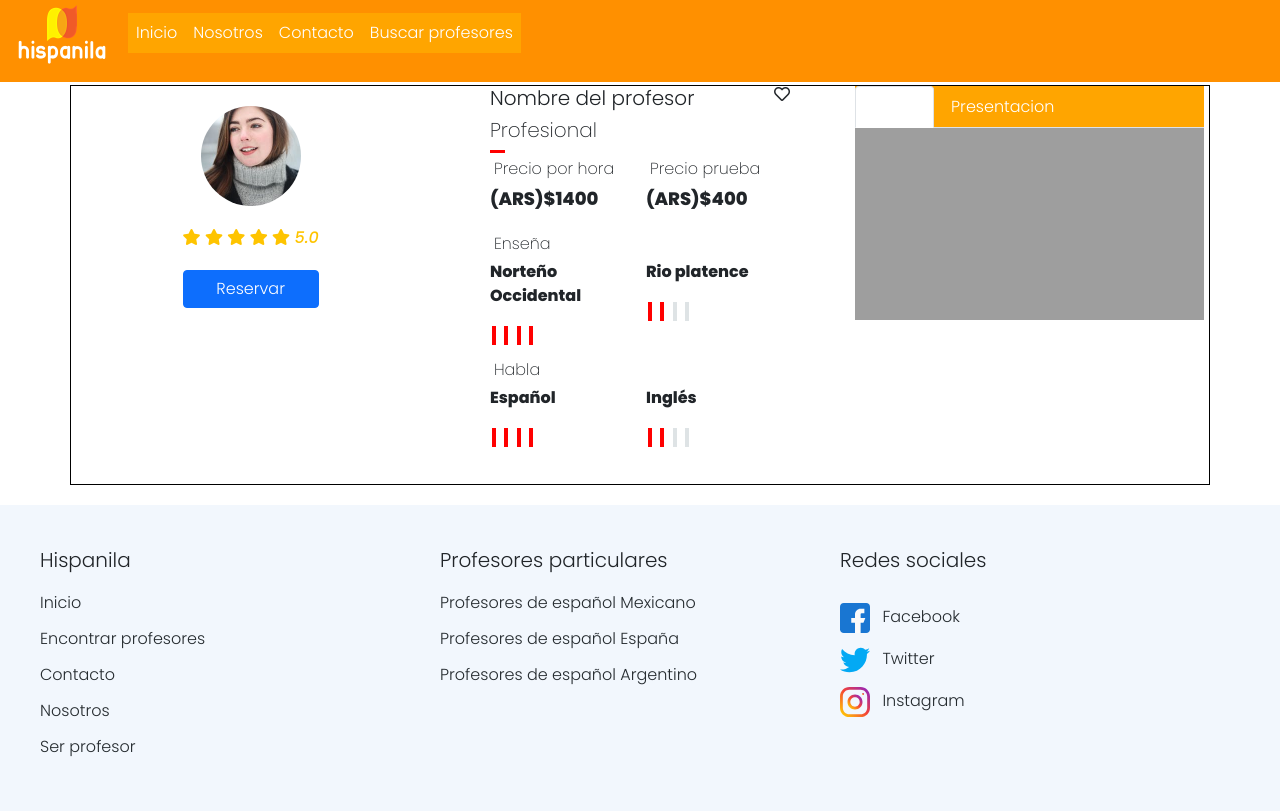
Repository: AgustinGarciaDev/Hispanila
Page: prueba.html
The author's editor kept a copy of each file at every save. The page is drawn from the files as they stood at one save, then again after the next save.
The browser window is 1280 px wide. The pictures show the whole page.
Pictures or frames that could not be fetched are drawn as grey boxes. Some web libraries are served in a nearby version. The style sheet was rebuilt from its Sass, Less or Tailwind sources for each picture, by a compiler version that may differ from the author's.

Above is the page before, as saved 2021-01-29 00:49:55.

### prueba.html
<!DOCTYPE html>
<html lang="en">

<head>

    <head>
        <meta charset="UTF-8">
        <title>Buscar profesor</title>
        <meta name="viewport" content="width=device-width, user-scalable=no">
        <meta name="description" content="Busca el profesor de español que más se adecue a lo que quieres aprender. Busca por precio,variante del español y mucho más">
        <meta name="keywords" content="profesor español, buscar profesor, español , aprender con profesionales">

        <link rel="stylesheet" href="https://cdnjs.cloudflare.com/ajax/libs/animate.css/4.1.1/animate.min.css" />
        <link rel="stylesheet" href="https://use.fontawesome.com/releases/v5.8.1/css/all.css" integrity="sha384-50oBUHEmvpQ+1lW4y57PTFmhCaXp0ML5d60M1M7uH2+nqUivzIebhndOJK28anvf" crossorigin="anonymous">
        <link rel="preconnect" href="https://fonts.gstatic.com">
        <link rel="preconnect" href="https://fonts.gstatic.com">
        <link href="https://fonts.googleapis.com/css2?family=Poppins:ital,wght@0,200;0,300;0,800;0,900;1,200;1,500&display=swap" rel="stylesheet">
        <link href="https://cdn.jsdelivr.net/npm/bootstrap@5.0.0-beta1/dist/css/bootstrap.min.css" rel="stylesheet" integrity="sha384-giJF6kkoqNQ00vy+HMDP7azOuL0xtbfIcaT9wjKHr8RbDVddVHyTfAAsrekwKmP1" crossorigin="anonymous">
        <link rel="stylesheet" href="./css/style.css">
        <link rel="stylesheet" href="stylemod.css">
    </head>
</head>

<body class="search-teacher">
    <header>
        <nav class="navbar navbar-expand-lg navbar-light bg-light nav-color">
            <div class="container-fluid">
                <a class="navbar-brand" href="./index.html"><img class="logo" src="./img/Hispanila_opt.png" alt=""></a>
                <button class="navbar-toggler" type="button" data-bs-toggle="collapse" data-bs-target="#navbarSupportedContent" aria-controls="navbarSupportedContent" aria-expanded="false" aria-label="Toggle navigation">
            <span class="navbar-toggler-icon"></span>
          </button>
                <div class="collapse navbar-collapse" id="navbarSupportedContent">
                    <ul class="navbar-nav me-auto mb-2 mb-lg-0">
                        <li class="nav-item">
                            <a class="nav-link active" aria-current="page" href="./index.html">Inicio</a>
                        </li>
                        <li class="nav-item">
                            <a class="nav-link" href="./we.html">Nosotros</a>
                        </li>
                        <li class="nav-item">
                            <a class="nav-link" href="./contact.html">Contacto</a>
                        </li>
                        <li class="nav-item">
                            <a class="nav-link" href="./searchteacer.html">Buscar profesores</a>
                        </li>
                    </ul>
                </div>
            </div>
        </nav>
    </header>
    <section class="teacher__layout">
        <div class="teacher__card">
            <div class="teacher__card__content">
                <div class="teacher">
                    <div class="teacher-date">
                        <img src="./img/teacher/teacher-women.jpg" alt="">
                        <div class="score-teacher">
                            <i class="fas fa-star"></i>
                            <i class="fas fa-star"></i>
                            <i class="fas fa-star"></i>
                            <i class="fas fa-star"></i>
                            <i class="fas fa-star"></i>
                            <i>5.0</i>
                        </div>
                        <a class="btn btn-primary" href="./profile.html" role="button">Reservar</a>
                    </div>
                </div>
            </div>
            <div class="teacher__card__content">

                <div class="teacher-information">
                    <span class="teacher-date-personal">
                        <h1>Nombre del profesor</h1>
                        <i class="far fa-heart"></i>
                  </span>
                    <span class="teacher-posicion">
                        <h4>Profesional</h4>
                        <div class="teacher-divider-card"></div>
                     </span>
                    <div class="">
                        <div class="row">
                            <div class="col-sm">
                                <span class="title-teacher"> <p>Precio por hora</p></span>
                                <p class="teacher-precie">(ARS)$1400</p>
                            </div>
                            <div class="col-sm">
                                <span class="title-teacher"><p>Precio prueba </p></span>
                                <p class="teacher-precie">(ARS)$400</p>
                            </div>
                        </div>
                    </div>
                    <div>
                        <span class="title-teacher"> <p>Enseña</p></span>
                        <div class="row">
                            <div class="col-sm">
                                <p class="teacher-learning">Norteño Occidental</p>
                                <div class="teacher-level">
                                    <span class="level level-one"></span>
                                    <span class="level level-two"></span>
                                    <span class=" level level-four"></span>
                                    <span class=" level level-five"></span>
                                </div>
                            </div>
                            <div class="col-sm">
                                <p class="teacher-learning">Rio platence</p>
                                <div class="teacher-level">
                                    <span class="level level-one"></span>
                                    <span class="level level-two"></span>
                                    <span class=" level level-four-lenguage"></span>
                                    <span class=" level level-five-leanguage"></span>
                                </div>
                            </div>
                        </div>
                    </div>
                    <div>
                        <span class="title-teacher"> <p>Habla</p></span>
                        <div class="row">
                            <div class="col-sm">
                                <p class="teacher-learning">Español</p>
                                <div class="teacher-level">
                                    <span class="level level-one"></span>
                                    <span class="level level-two"></span>
                                    <span class=" level level-four"></span>
                                    <span class=" level level-five"></span>
                                </div>
                            </div>
                            <div class="col-sm">
                                <p class="teacher-learning">Inglés</p>
                                <div class="teacher-level">
                                    <span class="level level-one"></span>
                                    <span class="level level-two"></span>
                                    <span class=" level level-four-lenguage"></span>
                                    <span class=" level level-five-leanguage"></span>
                                </div>
                            </div>
                        </div>
                    </div>
                </div>
            </div>
            <div class="teacher__card__content">
                <ul class="nav nav-tabs" id="myTab" role="tablist">
                    <li class="nav-item" role="presentation">
                        <a class="nav-link active" id="home-tab" data-bs-toggle="tab" href="#home1" role="tab" aria-controls="home" aria-selected="true">Video</a>
                    </li>
                    <li class="nav-item" role="presentation">
                        <a class="nav-link" id="profile-tab" data-bs-toggle="tab" href="#profile1" role="tab" aria-controls="profile" aria-selected="false">Presentacion</a>
                    </li>

                </ul>
                <div class="tab-content" id="myTabContent">
                    <div class="tab-pane fade show active" id="home1" role="tabpanel" aria-labelledby="home-tab"> <iframe width="349" height="192" src="https://www.youtube.com/embed/-7dAqPXaI-E" frameborder="0" allow="accelerometer; autoplay; clipboard-write; encrypted-media; gyroscope; picture-in-picture" allowfullscreen></iframe></div>
                    <div class="tab-pane fade" id="profile1" role="tabpanel" aria-labelledby="profile-tab">Lorem Ipsum is simply dummy text of the printing and typesetting industry. Lorem Ipsum has been the industry's standard dummy text ever since the 1500s, when an unknown printer took a galley of type and scrambled it to make a type
                        specimen book.</div>
                </div>

            </div>

        </div>

        </div>
    </section>

    <footer class="footer">
        <div class="list__footer">
            <p class="list__footer__p-modifier">Hispanila</p>
            <li class="list__footer__li-modifier"> <a class="list__footer__a-modifier" href="/index.html">Inicio</a></li>
            <li class="list__footer__li-modifier"> <a class="list__footer__a-modifier" href="/searchteacer.html">Encontrar profesores</a></li>
            <li class="list__footer__li-modifier"><a class="list__footer__a-modifier" href="/contacte.html">Contacto</a></li>
            <li class="list__footer__li-modifier"><a class="list__footer__a-modifier" href="/we.html">Nosotros</a></li>
            <li class="list__footer__li-modifier"><a class="list__footer__a-modifier" href="/we.html">Ser profesor</a></li>
        </div>
        <div class="list__footer">
            <p class="list__footer__p-modifier">Profesores particulares</p>
            <li class="list__footer__li-modifier"> <a class="list__footer__a-modifier" href=" https://www.facebook.com/ "> Profesores de español Mexicano</a></li>
            <li class="list__footer__li-modifier"><a class="list__footer__a-modifier" href="https://twitter.com/home "> Profesores de español España</a></li>
            <li class="list__footer__li-modifier"><a class="list__footer__a-modifier" href="https://www.instagram.com/ "> Profesores de español Argentino</a></li>
        </div>
        <div class="list__footer ">
            <p class="list__footer__p-modifier"> Redes sociales</p>
            <li class="list__footer__li-modifier"></li><img class="list__footer__img-modifier" src="./img/facebook.svg " alt=" "> <a class="list__footer__a-modifier" href="https://www.facebook.com/ ">Facebook</a></li>
            <li class="list__footer__li-modifier"></li><img class="list__footer__img-modifier" src="./img/gorjeo.svg " alt=" "> <a class="list__footer__a-modifier" href="https://twitter.com/home ">Twitter</a></li>
            <li class="list__footer__li-modifier"></li><img class="list__footer__img-modifier" src="./img/instagram.svg " alt=" "> <a class="list__footer__a-modifier" href="https://www.instagram.com/ ">Instagram</a></li>
        </div>
    </footer>
    <script src="https://cdn.jsdelivr.net/npm/bootstrap@5.0.0-beta1/dist/js/bootstrap.bundle.min.js" integrity="sha384-ygbV9kiqUc6oa4msXn9868pTtWMgiQaeYH7/t7LECLbyPA2x65Kgf80OJFdroafW" crossorigin="anonymous"></script>
</body>

</html>

### stylemod.css
/* CARD  porque estudiar Hispanila*/

.teacher-block {
    height: 400px;
    width: 100%;
    background: white;
    margin-bottom: 20px;
    margin-top: 20px;
    box-shadow: 20px 20px 51px #c4cacf, -20px -20px 51px #ffffff;
    padding: 10px;
    display: flex;
}

.teacher-date {
    display: flex;
    flex-direction: column;
    padding: 20px;
}

.teacher-date .teacher-score {
    flex-direction: row;
}

.teacher-date img {
    border-radius: 50%;
    height: 100px;
    width: 100px;
    margin: auto;
}

.teacher-date button {
    height: 30px;
    width: 120px;
    margin: auto;
}

.score-teacher {
    margin: auto;
    padding: 20px 0 20px 0;
    color: #FEC400;
}

.teacher-information {
    display: flex;
    flex-direction: column;
}

.teacher-information h1 {
    font-size: 20px;
}

.teacher-date-personal {
    display: flex;
    flex-direction: row;
    justify-content: space-between;
}

.teacher-posicion {
    display: inline;
}

.title-teacher p {
    font-size: 16px;
    font-weight: 200;
    margin: 4px;
}

.teacher-precie {
    font-size: 18px;
    font-weight: bold;
}

.teacher-posicion h4 {
    font-size: 20px;
    font-weight: 200;
}

.teacher-posicion .teacher-divider-card {
    border: solid 1px red;
    width: 15px;
    height: 3px;
    background: red;
}

.teacher-learning {
    font-weight: bold;
}

.level {
    display: inline-block;
    margin: 2px;
    height: 19px;
    width: 4px;
    background: red;
}

.level-four-lenguage {
    background: #dee3e5
}

.level-five-leanguage {
    background: #dee3e5
}

.navbar>.container-fluid {
    background-color: #FF9000 !important;
}

@media (max-width: 890px) {
    .teacher-block {
        flex-direction: column;
    }
}

@media (max-width: 520px) {}

### scss/style.scss
@import"variables";
@import "header";
@import "footer";
@import "body";
@import "home";
@import "contac";
@import "profile";
@import "seendemail";
@import "aboutUs";
@import "search";

### scss/_variables.scss
/* TIPOGRAFIAS */

$font-body: 'Poppins',
sans-serif;

/* SIZE TIPOGRAFIAS */

$nameteacher: 16px;
$titulocontacto: 20px;

/* ICONOS COLOR */

$color-start-icon: #FEC400;
$color-social:gray;

/*Color background*/

$color-box: linear-gradient(145deg, #d8e8f2, #b6c3cb);

/*Padding*/

$padding-currilum: 40px;

### scss/_header.scss
header {
    position: sticky;
    top: 0;
    z-index: 5;
}

### scss/_footer.scss
.footer {
    background-color: #F2F7FD;
    display: grid;
    grid-template-columns: repeat(3, 1fr);
    padding: 40px;
}

.list__footer__p-modifier {
    font-size: 20px;
}

.list__footer__li-modifier {
    list-style: none;
    align-items: center;
    display: flex;
    margin-bottom: 12px;
}

.list__footer__a-modifier {
    text-decoration: none;
    color: #252b2f;
}

.list-footer a:hover {
    text-decoration: underline;
}

.list__footer__img-modifier {
    width: 30px;
    height: 30px;
    margin-right: 8px;
}

@media (max-width: 768px) {
    .footer {
        display: flex;
        flex-wrap: wrap;
    }
    .list__footer {
        padding-left: 10px;
        padding-right: 10px;
        justify-content: center;
    }
}

@media (max-width: 520px) {}

### scss/_body.scss
body {
    margin: 0;
    font-family: $font-body;
}

### scss/_home.scss
.nav-color {
    background-color: #ff9000 !important;
    height: 65px;
    box-shadow: 2px 2px 4px #d97a00, -5px -5px 4px #ffa600;
}

.nav-link {
    color: white !important;
}

.hero {
    display: grid;
    grid-template-columns: 2fr 2fr;
    height: 600px;
    background-image: url(http://baravdg.com/wp-content/uploads/2021/01/hero-background.png);
    background-position: center;
    background-repeat: no-repeat;
    background-size: cover;
}

.hero .box {
    display: flex;
    flex-direction: column;
    margin: auto;
    padding-left: 30px;
}

.hero__title_h1 {
    color: white;
    font-weight: 700;
    font-size: 50px;
}

.hero__title_p {
    color: white;
    font-size: 30px;
    font-size: 400;
}

.hero__bottom {
    width: 200px;
    color: white;
    padding: 10px;
    text-align: center;
    text-decoration: none;
    font-size: 'Poppins', sans-serif;
    font-weight: 800;
    border-radius: 8px;
    background: linear-gradient(145deg, #ffd529, #d8b322);
}


/* EMPIEZA LAS CARD DE LAS BANDERAS */

.Tittle_h2 {
    text-align: center;
    padding: 30px;
    font-size: 40px;
    font-weight: 800;
}

.block-band {
    display: grid;
    grid-template-columns: repeat(3, 1fr);
    grid-column-gap: 30px;
    grid-row-gap: 30px;
    justify-items: center;
}

.link {
    color: inherit;
    text-decoration: inherit;
}

.card-band {
    border-radius: 24px;
    border-radius: 24px;
    background: #ecf1f4;
    box-shadow: 22px 22px 18px #dee3e5, -22px -22px 18px #faffff;
    width: 400px;
    height: 372px;
}

.content-band {
    display: flex;
    padding-left: 40px;
    padding-bottom: 10px;
}

.info-card {
    padding-top: 9px;
    padding-left: 10px;
}

.info-card h4 {
    margin: 0;
}

.info-card p {
    margin: 0;
    margin-left: 6;
}

.card-band .teacher-photo {
    width: 400px;
    height: 300px;
}

.card-band .band {
    height: 50px;
    width: 50px;
}

.card-prof {
    margin: 40px;
    padding: 40px;
}

.table-proyect {
    padding: 40px;
}


/* Card study*/

.margin {
    margin: 20px;
}

.card__study__resson {
    width: 300px;
    height: 572px;
}

.card__study__img {
    height: 400px;
    width: 200px;
    display: flex;
    margin: auto;
}

.card__study_text {
    text-align: center;
}

.card__study__btn {
    width: 200px;
    color: white;
    padding: 10px;
    justify-content: center;
    text-decoration: none;
    font-size: 'Poppins', sans-serif;
    font-weight: 800;
    border-radius: 8px;
    background: linear-gradient(145deg, #ffd529, #d8b322);
    display: flex;
    margin: auto;
}

@media (max-width: 890px) {
    .block-band {
        grid-template-columns: repeat(2, 1fr);
    }
    .card-band .teacher-photo {
        width: 324px;
        height: 239px;
    }
    .card-band {
        width: 324px;
        height: 325px;
    }
    .logo {
        margin-top: -20px;
    }
}

@media (max-width: 520px) {
    .hero {
        height: 360px;
    }
    .block-band {
        grid-template-columns: none;
    }
    .card__study__resson {
        width: 300px;
        height: 572px;
    }
    .nav-color {
        height: 70px;
    }
    .logo {
        margin-top: -20px;
    }
    .hero__title_h1 {
        font-size: 31px;
    }
    .hero__title_p {
        font-size: 17px;
    }
    .Tittle_h2 {
        text-align: center;
        padding: 17px;
        font-size: 32px;
        font-weight: 800;
    }
}

### scss/_contac.scss
.contact__body {
    margin-top: 50px;
    margin-bottom: 50px;
}

.row {
    margin-right: 0;
}

.email_img {
    width: 100%;
}

.icons__list {
    display: flex;
    justify-content: center;
}

.icons__list_a {
    text-decoration: none;
    color: #ff9000;
    padding-bottom: 10px;
    padding-left: 5px;
    padding-right: 5px;
    font-size: 20px;
}

.icons__list__redsocial {
    display: flex;
    flex-direction: row;
    padding-top: 10px;
    justify-content: center;
}

.icons__list_logo_Redes {
    color: #ff9000;
    font-size: 35px;
    margin: 0 10px;
}

.text-contact__h2 {
    font-size: $titulocontacto;
}

.btn_send {
    width: 200px;
    color: white;
    padding: 10px;
    display: flex;
    justify-content: center;
    margin-top: 14px;
    text-decoration: none;
    font-size: 'Poppins', sans-serif;
    font-weight: 800;
    border-radius: 8px;
    background-color: orange;
}

@media (max-width: 520px) {
    .text-contact__h1 {
        text-align: center;
    }
    .text-contact__h2 {
        font-size: $titulocontacto -7;
        text-align: center;
    }
}

### scss/_seendemail.scss
.lottie {
    justify-content: center;
    display: flex;
}

### scss/_aboutUs.scss
    .About__tittle-h1 {
        text-align: center;
        padding: 20px 0;
        font-weight: 800;
    }

    .About__img {
        display: flex;
        justify-content: center;
        align-items: center;
    }

    .About__img--modifier {
        width: 900px;
        height: 600px;
    }

    .About__history {
        text-align: center;
        margin: 10px 500px;
    }

    .About_compromise_img {
        width: 400px;
        height: 300px;
    }

    .about__container {
        margin-top: 50px;
        margin-bottom: 50px;
    }

    .Value {
        margin-top: 40px;
    }

    @media (max-width: 890px) {
        .About__img--modifier {
            width: 100%;
            height: auto;
        }
        .About__history {
            margin: 10px 20px;
        }
    }

    @media (max-width: 570px) {
        .About_compromise_img {
            height: 300px;
        }
        .About_compromise__responsive {
            flex-direction: column-reverse;
            display: flex;
        }
        .Value {
            display: flex;
            align-items: center;
            justify-content: center;
        }
        .Value__box {
            display: flex;
            flex-direction: column;
            justify-content: center;
        }
    }

### scss/_search.scss
.teacher__layout {
    display: flex;
    justify-content: center;
    margin-left: 50px;
    margin-right: 50px;
}

.teacher__card {
    display: grid;
    grid-template-columns: repeat(3, 1fr);
    grid-column-gap: 30px;
    grid-row-gap: 30px;
    justify-items: center;
    border: 1px solid black;
    height: 400px;
    width: 100%;
    margin: 20px;
}

.teacher__card_content {
    width: 33%;
}

.nav-tabs {
    background-color: orange !important;
}

.nav-item {
    background-color: orange !important;
}

.teacher-date {
    display: flex;
    flex-direction: column;
    padding: 20px;
}

.teacher-date .teacher-score {
    flex-direction: row;
}

.teacher-date img {
    border-radius: 50%;
    height: 100px;
    width: 100px;
    margin: auto;
}

.teacher-date button {
    height: 30px;
    width: 120px;
    margin: auto;
}

.score-teacher {
    margin: auto;
    padding: 20px 0 20px 0;
    color: #FEC400;
}

.teacher-information {
    display: flex;
    flex-direction: column;
}

.teacher-information h1 {
    font-size: 20px;
}

.teacher-date-personal {
    display: flex;
    flex-direction: row;
    justify-content: space-between;
}

.teacher-posicion {
    display: inline;
}

.title-teacher p {
    font-size: 16px;
    font-weight: 200;
    margin: 4px;
}

.teacher-precie {
    font-size: 18px;
    font-weight: bold;
}

.teacher-posicion h4 {
    font-size: 20px;
    font-weight: 200;
}

.teacher-posicion .teacher-divider-card {
    border: solid 1px red;
    width: 15px;
    height: 3px;
    background: red;
}

.teacher-learning {
    font-weight: bold;
}

.level {
    display: inline-block;
    margin: 2px;
    height: 19px;
    width: 4px;
    background: red;
}

.level-four-lenguage {
    background: #dee3e5
}

.level-five-leanguage {
    background: #dee3e5
}

Loaded but not shown: scss/_profile.scss (221 lines, source omitted)

After the next save:
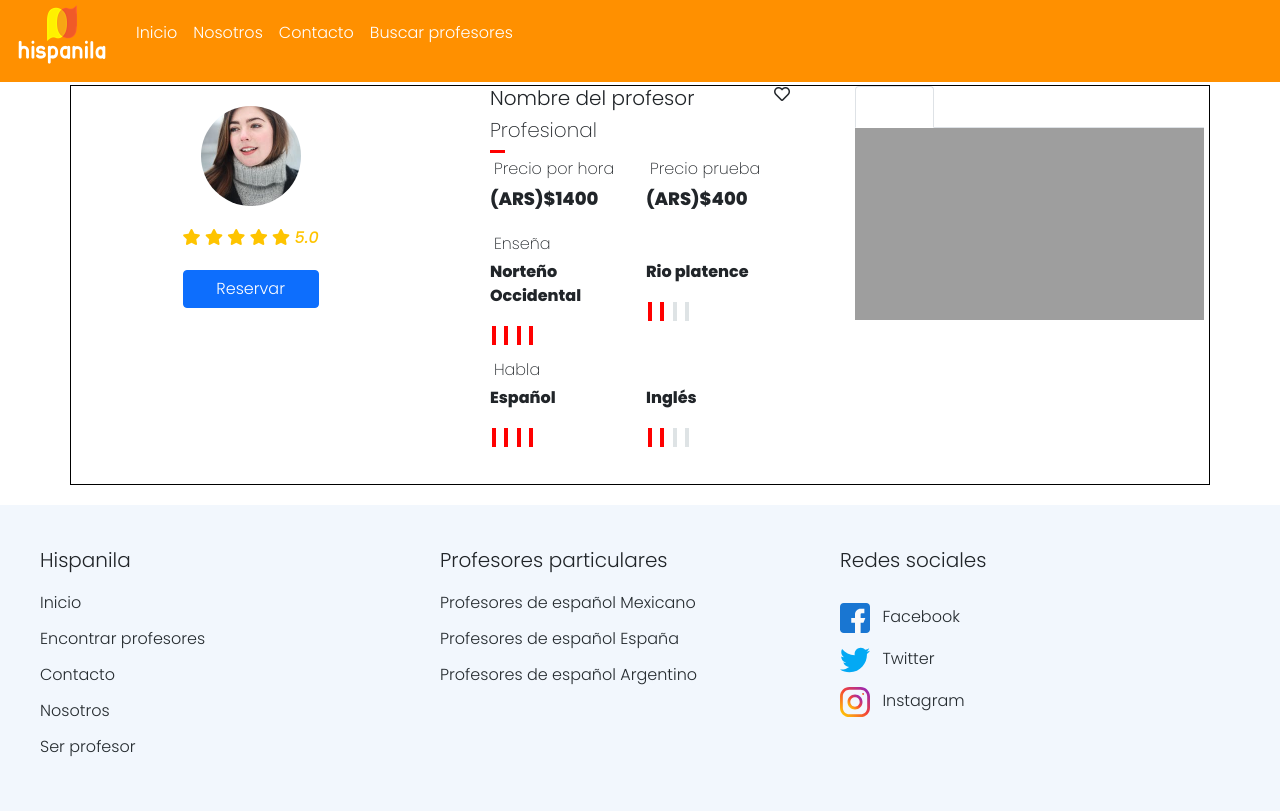
Saved 13 s later.
--- a/scss/_search.scss
+++ b/scss/_search.scss
@@ -19,14 +19,6 @@
 
 .teacher__card_content {
     width: 33%;
-}
-
-.nav-tabs {
-    background-color: orange !important;
-}
-
-.nav-item {
-    background-color: orange !important;
 }
 
 .teacher-date {
